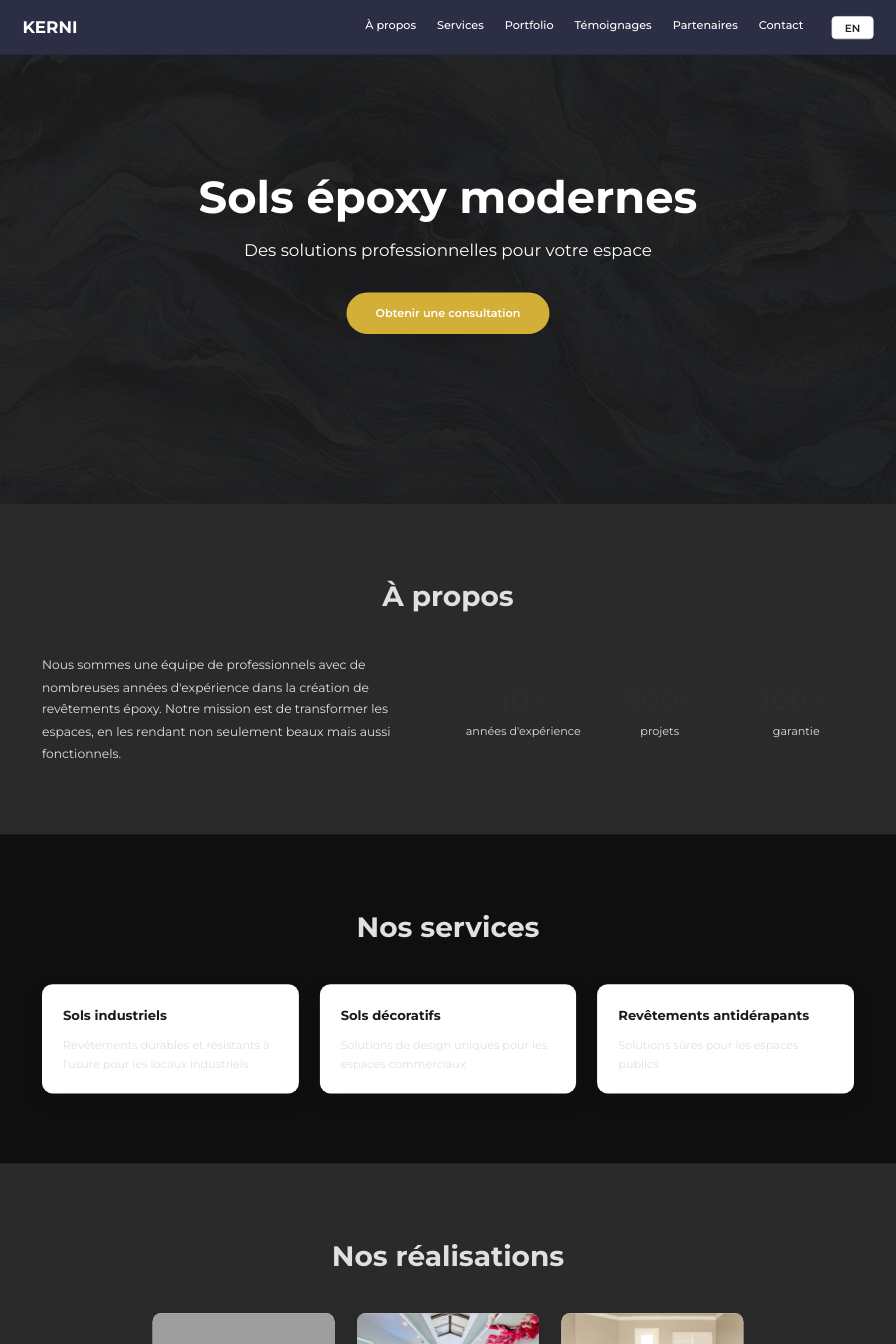
Repository: kerni-ca/kerni-ca
Page: index.html
An editor plug-in stored every save of this project. The page is shown before and after the next save, followed by the edit.
The browser window is 1280 px wide. The pictures show the part of the page from y = 0 to 1920 px (the page is 4161 px tall), at 70% of full size.
Pictures or frames that could not be fetched are drawn as grey boxes. Backgrounds fixed to the window are drawn as part of the page.

Above is the page before, as saved 2025-07-04 15:34:18.

After the next save:
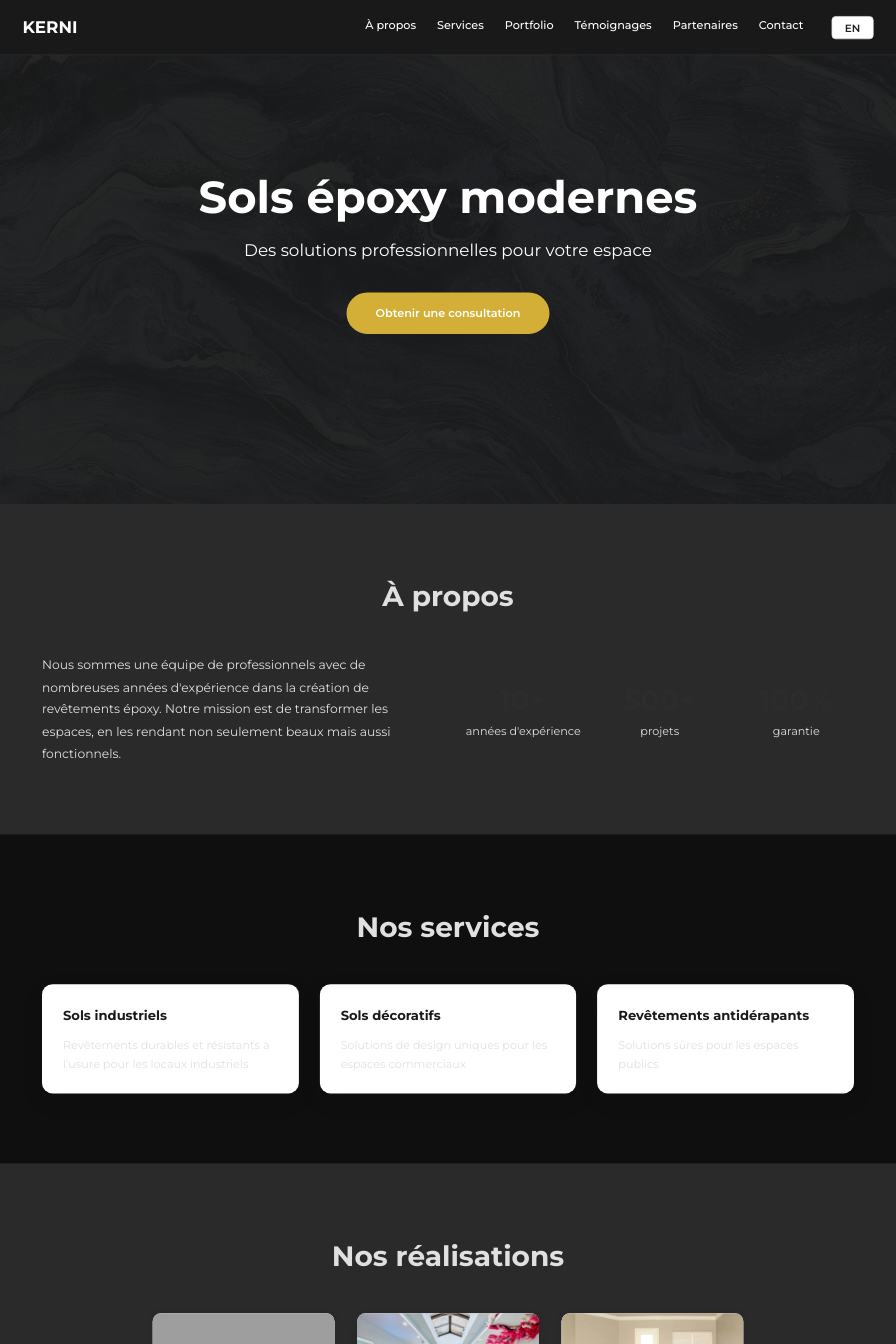
Saved 5 s later.
--- a/styles.css
+++ b/styles.css
@@ -54,8 +54,9 @@ body {
     width: 100%;
     top: 0;
     z-index: 1000;
-    background: rgba(45, 48, 71, 0.95);
-    backdrop-filter: blur(10px);
+    background: rgba(26, 26, 26, 0.98);
+    backdrop-filter: blur(15px);
+    border-bottom: 1px solid var(--border-color);
 }
 
 .logo {
